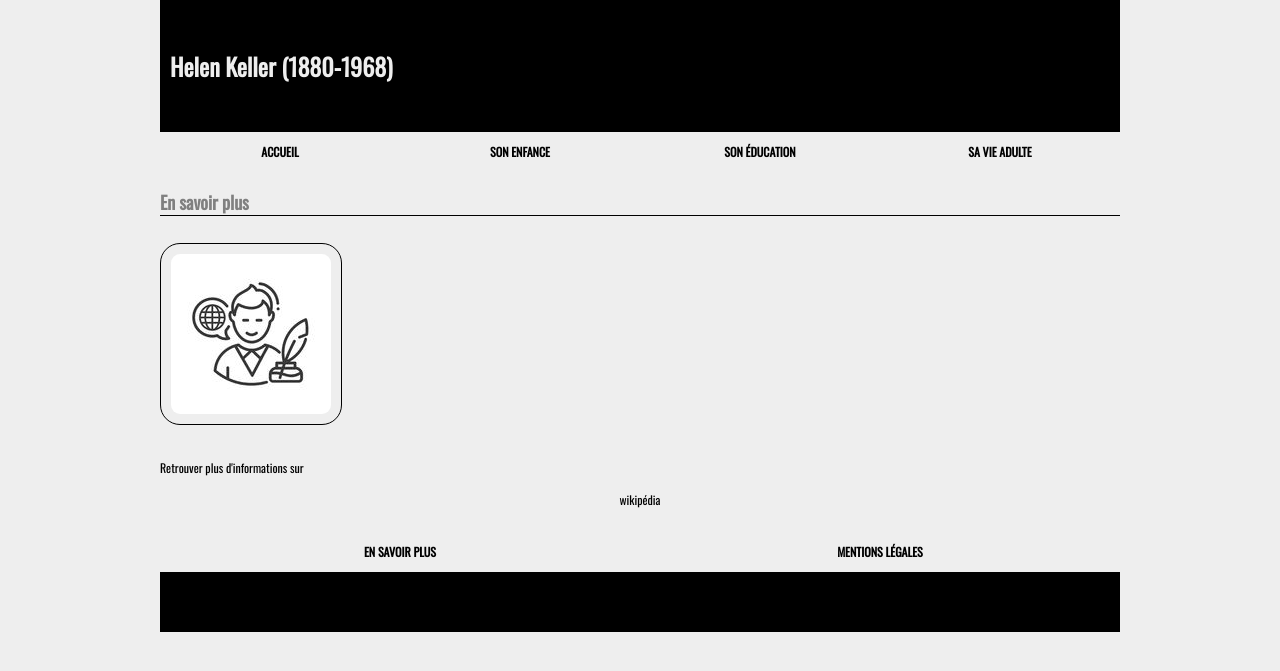
Repository: Luc010/Exercices
Page: HTML CSS/biographie_helen_keller/savoirplus.html
The author's editor kept a copy of each file at every save. The page is drawn from the files as they stood at one save, then again after a run of saves.
The browser window is 1280 px wide. The pictures show the whole page.

Above is the page before, as saved 2019-09-04 16:41:30.

After the next 3 saves:
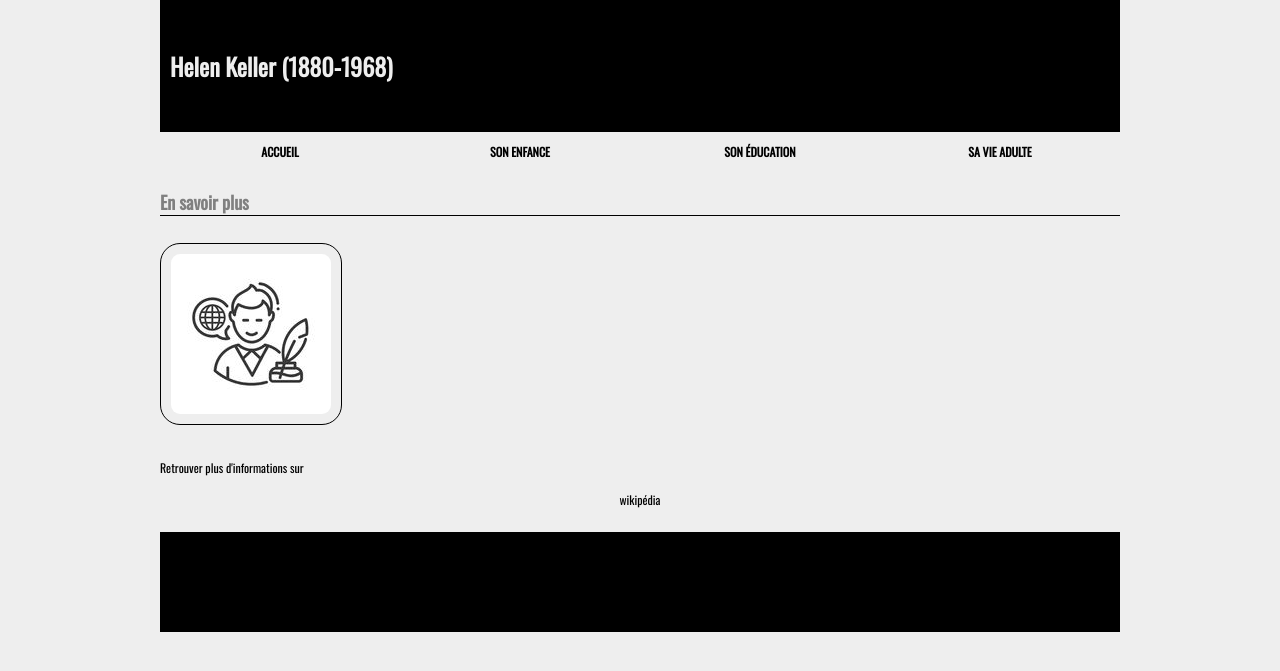
The 3 saves are shown as one change because they came seconds apart.
The last was saved 68 s later.
--- a/HTML CSS/biographie_helen_keller/savoirplus.html
+++ b/HTML CSS/biographie_helen_keller/savoirplus.html
@@ -25,15 +25,16 @@
         <div class="container">
             <h2>En savoir plus</h2>
             <p><img src="img/hk8.jpg" alt="icone biographie"></p>
-            <p>Retrouver plus d'informations sur <a href="https://fr.wikipedia.org/wiki/Helen_Keller" target="_blank">wikipédia</a></p>
+            <p>Retrouver plus d'informations sur <a href="https://fr.wikipedia.org/wiki/Helen_Keller"
+                    target="_blank">wikipédia</a></p>
         </div>
     </main>
     <footer>
         <div class="container">
             <!-- ul>li*5>a{lien$} -->
             <ul>
-                <li><a href="savoirplus.html">En savoir plus</a></li>
-                <li><a href="mentions.html">Mentions légales</a></li>
+                <li class="m-foot"><a href="savoirplus.html">En savoir plus</a></li>
+                <li class="m-foot"><a href="mentions.html">Mentions légales</a></li>
             </ul>
         </div>
     </footer>
